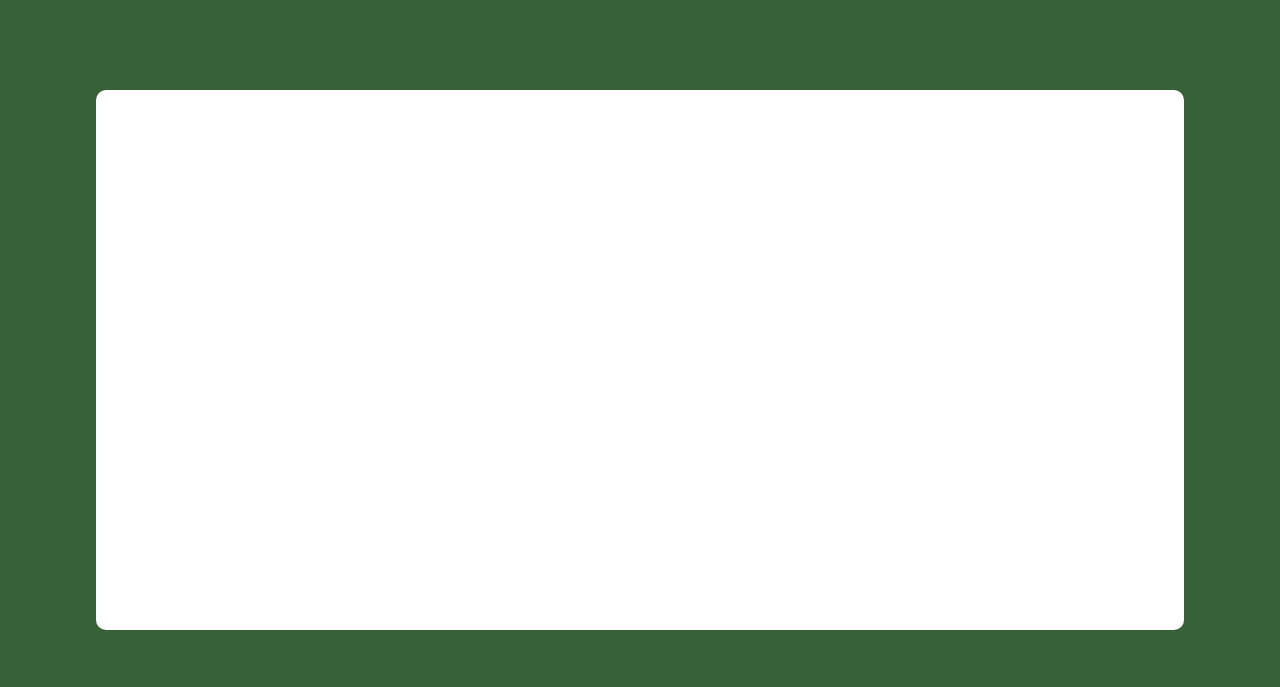
Repository: ketansharma22/BubbleGame
Page: index.html
These files come from the project's save history. The page is drawn as it stood at one moment and after a run of saves; the edit follows.
The browser window is 1280 px wide. The pictures show the whole page.

Above is the page before, as saved 2024-02-18 22:47:27.

### index.html
<!DOCTYPE html>
<html lang="en">
<head>
    <meta charset="UTF-8">
    <meta name="viewport" content="width=device-width, initial-scale=1.0">
    <title>BubbleGame</title>
    <link rel="stylesheet" href="styles.css">
</head>
<body>
    <div class="main">
        <div class="show">

        </div>
    </div>
</body>
</html>

### styles.css
*{
    margin: 0;
    padding: 0;
    box-sizing: border-box;
}
html,body{
    width: 100%;
    height: 100%;
}
.main{
    display: flex;
    justify-content: center;
    align-items: center;
    width: 100%;
    height: 100%;
    background-color: rgb(55, 97, 55);
}
.show{
    width: 85%;
    height: 75%;
    background-color: #fff;
    border-radius: 10px;
}

After the next 2 saves:
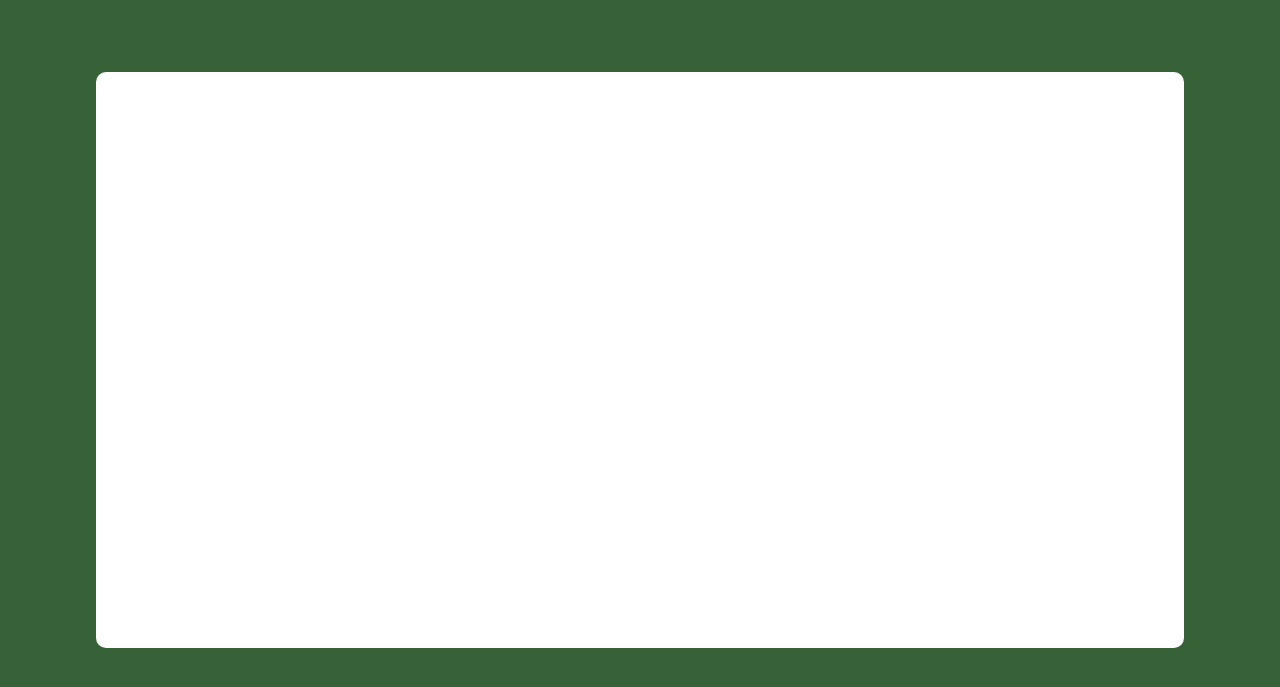
The 2 saves are shown as one change because they came seconds apart.
The last was saved 7 s later.
--- a/styles.css
+++ b/styles.css
@@ -17,7 +17,7 @@
 }
 .show{
     width: 85%;
-    height: 75%;
+    height: 80%;
     background-color: #fff;
     border-radius: 10px;
 }
